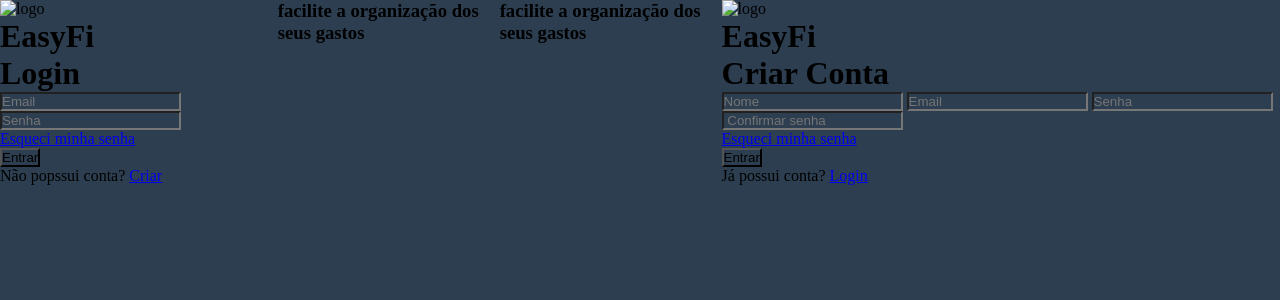
Repository: Ingridiag/projeto-engenharia
Page: login.html
These files come from the project's save history. The page is drawn as it stood at one moment and after a run of saves; the edit follows.
The browser window is 1280 px wide. The pictures show the whole page.

Above is the page before, as saved 2024-10-28 14:50:42.

### login.html
<!DOCTYPE html>
<html lang="pt">

<head>
    <meta charset="UTF-8">
    <meta name="viewport" content="width=device-width, initial-scale=1.0">
    <link rel="stylesheet" href="style.css">
    <title>Login</title>
</head>

<body>
    <div class="container">

        <!-- Tela Login -->
        <div class="primeira-coluna">
            <div>
                <img src="#" alt="logo">
                <h1>EasyFi</h1>
            </div>
            <div>
                <h1 class="title">Login</h1>
                <form>
                    <input type="email" placeholder="Email">
                    <input type="password" placeholder="Senha">
                </form>
                <div>
                    <a href="#" class="link">Esqueci minha senha</a>

                </div>
                <div class="btn-default">
                    <button>
                        Entrar
                    </button>
                </div>
                <div>
                    <p>Não popssui conta?
                        <span>
                            <a href="#" class="link">Criar</a>
                        </span>
                    </p>
                </div>
            </div>
        </div>

        <div class="segunda-coluna">
            <h3 class="mensagem">
                facilite a organização dos seus gastos
            </h3>
        </div>

        <!-- Tela Cadastro -->
        <div class="primeira-coluna">
            <h3 class="mensagem">
                facilite a organização dos seus gastos
            </h3>
        </div>

        <div class="segunda-coluna">
            <div>
                <img src="#" alt="logo">
                <h1>EasyFi</h1>
            </div>
            <div>
                <h1 class="title">Criar Conta</h1>
                <form>
                    <input type="text" placeholder="Nome">
                    <input type="email" placeholder="Email">
                    <input type="password" placeholder="Senha">
                    <input type="password" placeholder=" Confirmar senha">
                </form>
                <div>
                    <a href="#" class="link">Esqueci minha senha</a>

                </div>
                <div class="btn-default">
                    <button>
                        Entrar
                    </button>
                </div>
                <div>
                    <p>Já possui conta?
                        <span>
                            <a href="#" class="link">Login</a>
                        </span>
                    </p>
                </div>
            </div>
        </div>
    </div>

</body>

</html>

### style.css
* {
    margin: 0;
    padding: 0;
    box-sizing: border-box;
    background: #2C3E50;
}
.container{
    background: #fff;
    display: flex;
}

.primeira-coluna{
    display: flex;
    flex-direction: column;
}

After the next 2 saves:
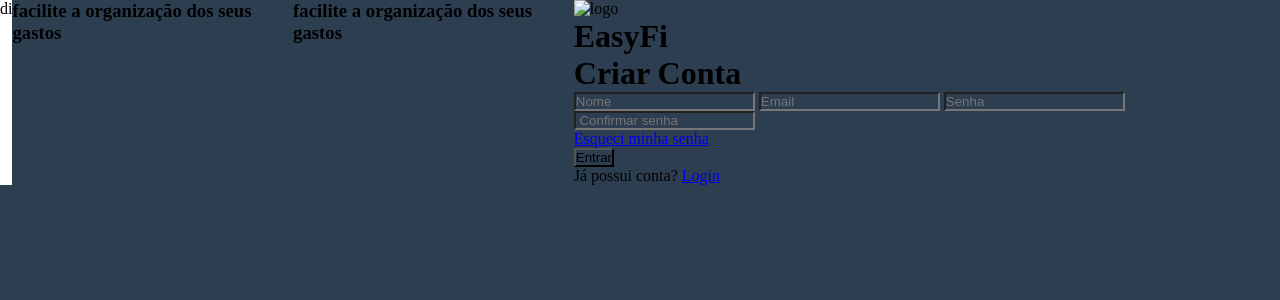
The 2 saves are shown as one change because they came seconds apart.
The last was saved 15 s later.
--- a/login.html
+++ b/login.html
@@ -12,35 +12,7 @@
     <div class="container">
 
         <!-- Tela Login -->
-        <div class="primeira-coluna">
-            <div>
-                <img src="#" alt="logo">
-                <h1>EasyFi</h1>
-            </div>
-            <div>
-                <h1 class="title">Login</h1>
-                <form>
-                    <input type="email" placeholder="Email">
-                    <input type="password" placeholder="Senha">
-                </form>
-                <div>
-                    <a href="#" class="link">Esqueci minha senha</a>
-
-                </div>
-                <div class="btn-default">
-                    <button>
-                        Entrar
-                    </button>
-                </div>
-                <div>
-                    <p>Não popssui conta?
-                        <span>
-                            <a href="#" class="link">Criar</a>
-                        </span>
-                    </p>
-                </div>
-            </div>
-        </div>
+        di
 
         <div class="segunda-coluna">
             <h3 class="mensagem">
